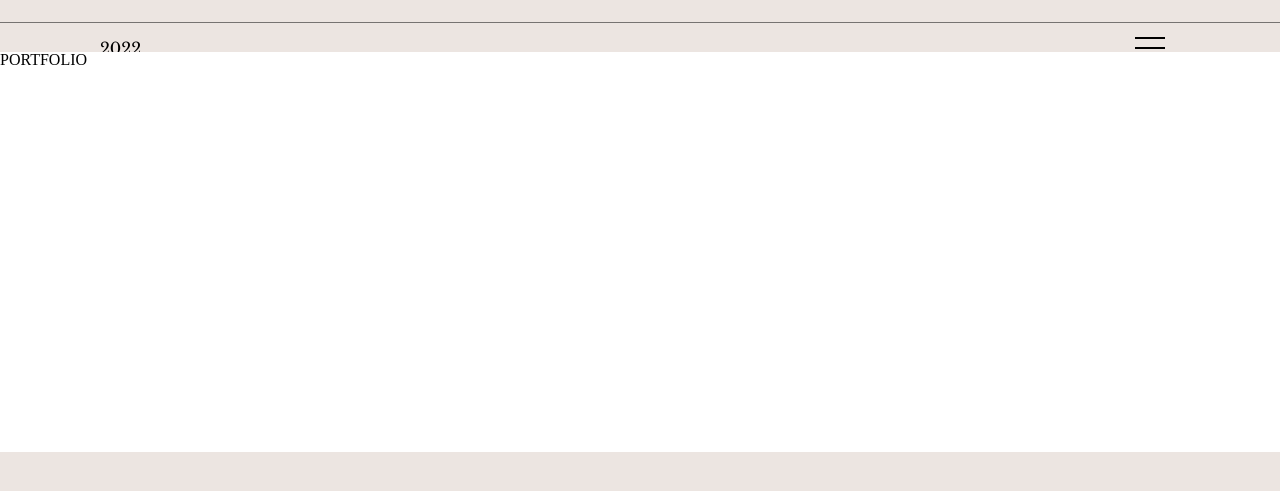
Repository: clsrnemfdml/portfolio_parksj_versiton1
Page: index.html
An editor plug-in stored every save of this project. The page is shown before and after the next save, followed by the edit.
The browser window is 1280 px wide. The pictures show the whole page.

Above is the page before, as saved 2021-09-01 07:55:12.

### index.html
<!DOCTYPE html>
<html lang="en">
<head>
    <meta charset="UTF-8">
    <meta http-equiv="X-UA-Compatible" content="IE=edge">
    <meta name="viewport" content="width=device-width, initial-scale=1.0">
    <title>parkjs portfolio</title>
    <meta name="descripsion" content="박수진의 포트폴리오 입니다.">
    <link rel="stylesheet" href="css/reset.css">
    <link rel="stylesheet" href="css/index.css">
    <style> @import url('https://fonts.googleapis.com/css2?family=Libre+Baskerville&display=swap');</style>
    <script src="js/index.js"></script>

</head>
<body>
    <div id="wrap">
        <section id="section1">
            <div class="menu">
                <p>2022</p>
                <span>
                </span>
            </div>
            <div class="content">
                <h6>PORTFOLIO</h6>
            </div>
        </section>
    </div>

</body>
</html>

### css/index.css


#wrap{width: 100%; height: auto;}
#wrap #section1{height: 100vh; width: 100%; background: #ECE5E1;}
#wrap #section1 .menu{width: 100%; height: 50px; border-bottom: 1px solid #767371;
    border-top: 1px solid #767371; position: relative; top: 22px;
    font-family: 'Libre Baskerville', serif;
}
#wrap #section1 .menu p{line-height: 50px; padding-left: 100px; display: inline-block;}
#wrap #section1 .menu span{
    display: block;
    position: absolute;
    right: 100px;
    top: 50%;
    transform: translate(-50%, -50%);
    width: 30px;
    height: 2px;
    background: rgb(0, 0, 0);
    float: right;
}
    #wrap #section1 .menu span::before{
    content: '';
    width: 30px;
    height: 2px;
    background: rgb(0, 0, 0);
    position: absolute;
    left: 0;
    bottom: 10px;
    transform: rotate(0deg);
    transition-duration: .3s;
}
    #wrap #section1 .menu span::after{
        content: '';
        width: 30px;
        height: 2px;
        background: rgb(0, 0, 0);
        position: absolute;
        left: 0;
        top: 10px;
        transform: rotate(0deg);
        transition-duration: .3s;
    }

    #wrap #section1 .content{
        height: 400px; background: white; position: absolute; width: 100%;
    }

Loaded but not shown: css/reset.css (common file); js/index.js (no stored copy; drawn as an empty file)

After the next save:
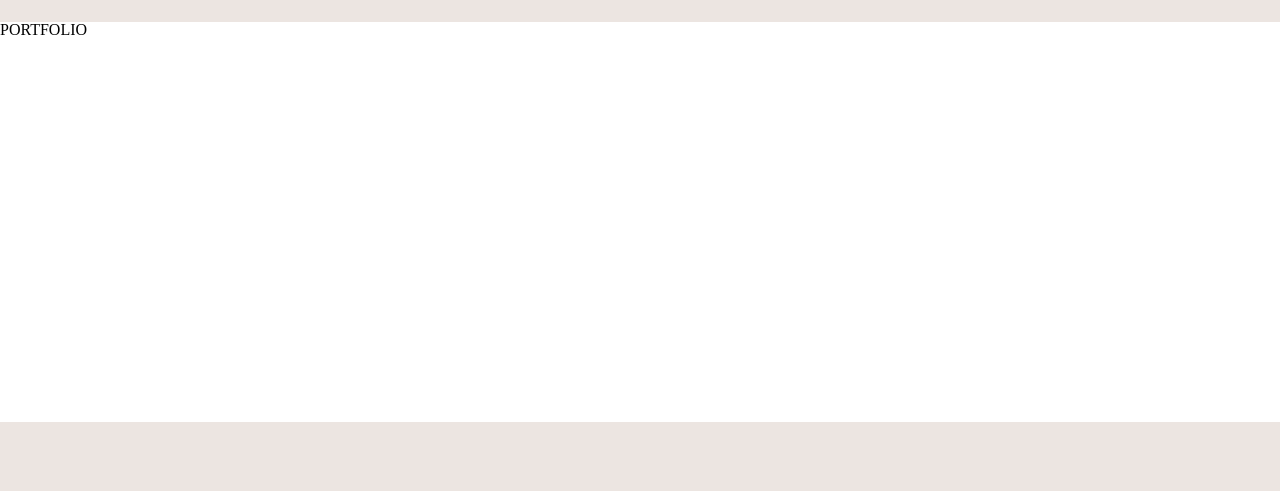
Saved 26 s later.
--- a/css/index.css
+++ b/css/index.css
@@ -43,4 +43,5 @@
 
     #wrap #section1 .content{
         height: 400px; background: white; position: absolute; width: 100%;
+        top: 22px;
     }

After the save that followed:
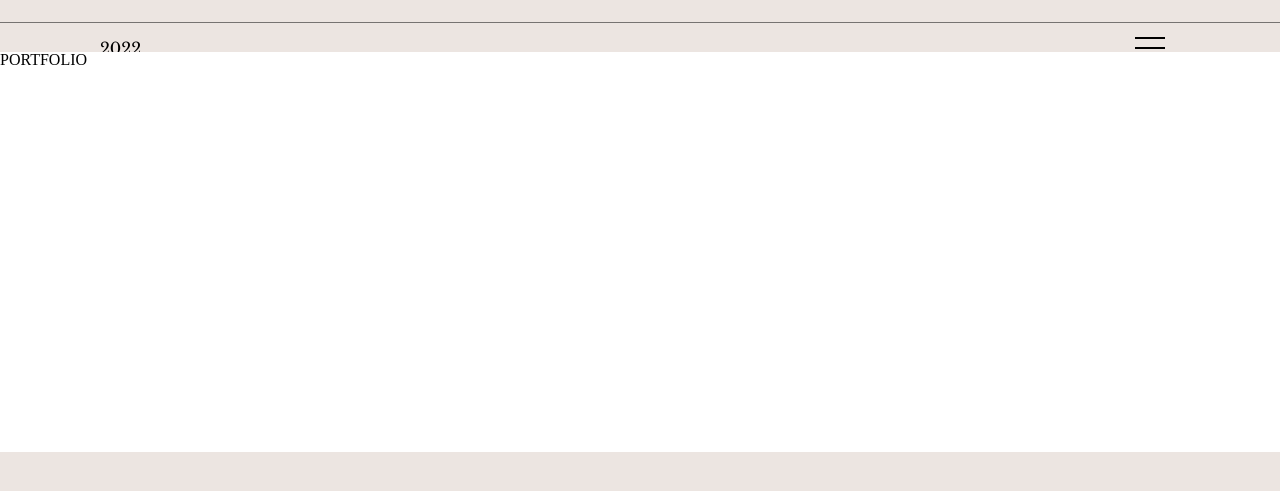
Saved 9 s later.
--- a/css/index.css
+++ b/css/index.css
@@ -42,6 +42,5 @@
     }
 
     #wrap #section1 .content{
-        height: 400px; background: white; position: absolute; width: 100%;
-        top: 22px;
+        height: 400px; background: white; position: relative; width: 100%;
     }
